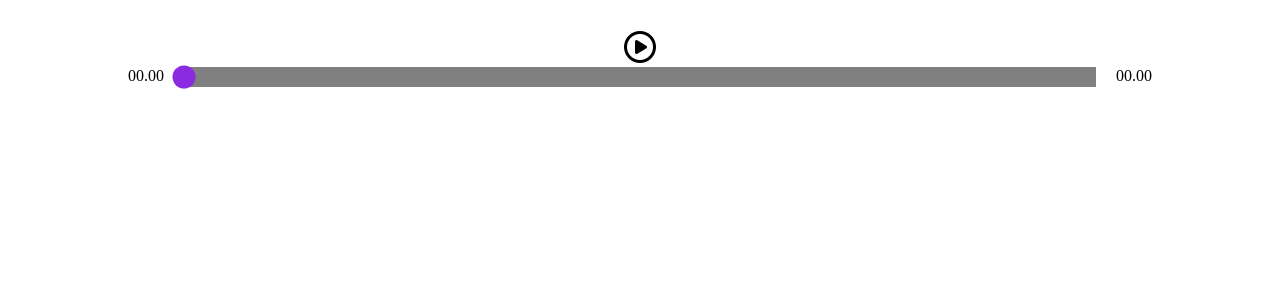
Repository: Dongnguyen318/Quydong
Page: Day 26/index.html
These files come from the project's save history. The page is drawn as it stood at one moment and after the next save; the edit follows.
The browser window is 1280 px wide. The pictures show the whole page.

Above is the page before, as saved 2023-09-19 23:50:00.

After the next save:
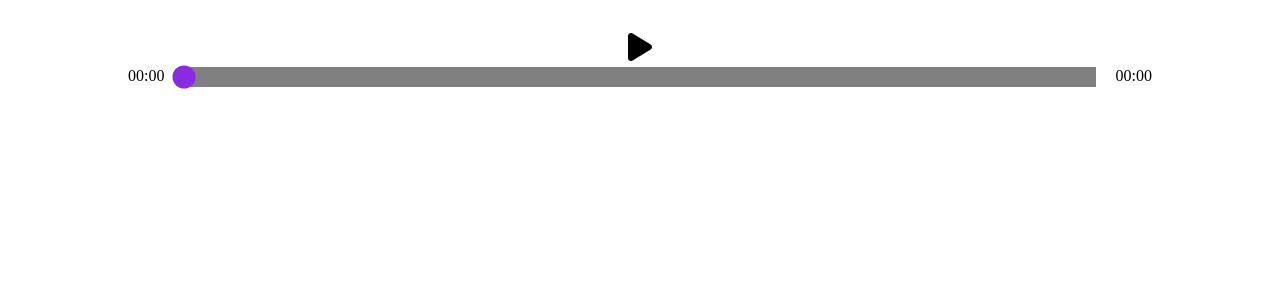
Not found: Day26/base.js
Saved 91 s later.
--- a/Day 26/index.html
+++ b/Day 26/index.html
@@ -3,33 +3,32 @@
   <head>
     <meta charset="UTF-8" />
     <meta name="viewport" content="width=device-width, initial-scale=1.0" />
-    <title>Document</title>
     <link
       rel="stylesheet"
       href="https://cdnjs.cloudflare.com/ajax/libs/font-awesome/6.4.2/css/all.min.css"
     />
     <link rel="stylesheet" href="./css.css" />
+    <title>Day26</title>
   </head>
-
   <body>
     <div class="container">
       <div class="player">
         <div class="play-btn">
-          <i class="fa-regular fa-circle-play"></i>
+          <i class="fa-solid fa-play"></i>
         </div>
         <div class="play-inner">
-          <span>00.00</span>
+          <span>00:00</span>
           <div class="progress-bar">
             <div class="progress">
               <span></span>
             </div>
-            <span class="time-playing">00.00</span>
+            <span class="time-playing">00:00</span>
           </div>
-          <span>00.00</span>
+          <span>00:00</span>
         </div>
       </div>
     </div>
     <audio src="./Conqueror.mp3" class="audio"></audio>
-    <script src="./js.js"></script>
+    <script src="../Day26/base.js"></script>
   </body>
 </html>

After the 2 saves that followed:
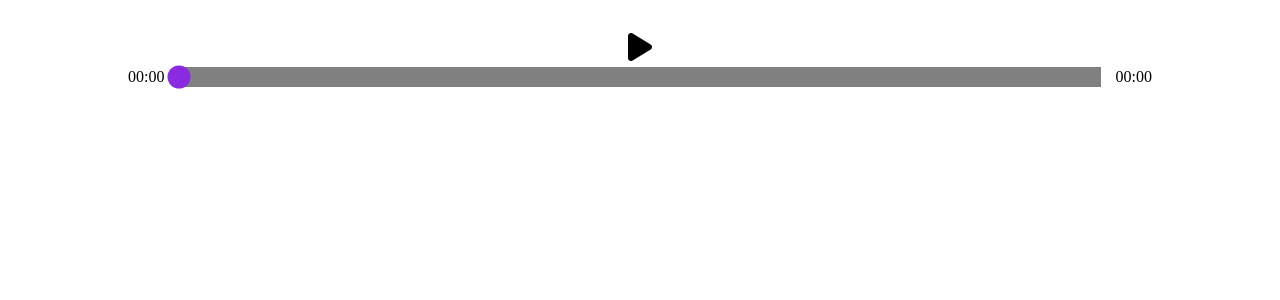
The 2 saves are shown as one change because 1 left the picture as it was.
The last was saved 20 s later.
--- a/Day 26/index.html
+++ b/Day 26/index.html
@@ -29,6 +29,6 @@
       </div>
     </div>
     <audio src="./Conqueror.mp3" class="audio"></audio>
-    <script src="../Day26/base.js"></script>
+    <script src="./js.js"></script>
   </body>
 </html>
--- a/Day 26/css.css
+++ b/Day 26/css.css
@@ -15,11 +15,12 @@
   background: gray;
   position: relative;
   cursor: pointer;
-  width: 100%;
+  width: 90%;
+  gap: 20px;
 }
 
 .progress-bar .progress {
-  background: red;
+  background-color: red;
   position: absolute;
   top: 0;
   left: 0;
@@ -29,13 +30,26 @@
 .progress-bar .progress span {
   position: absolute;
   right: 0;
-  top: 50%;
   display: block;
   width: 23px;
+  top: 50%;
   height: 23px;
-  background: blueviolet;
+  background-color: blueviolet;
   border-radius: 50%;
   translate: 50% -50%;
+  cursor: pointer;
+}
+
+.progress-bar .time-playing {
+  display: block;
+  width: 50px;
+  height: 30px;
+  line-height: 30px;
+  text-align: center;
+  background-color: antiquewhite;
+  position: relative;
+  top: -30px;
+  opacity: 0;
 }
 
 .player {
@@ -50,16 +64,5 @@
 .player .play-inner {
   display: flex;
   justify-content: space-between;
-  gap: 20px;
+  align-items: center;
 }
-.progress-bar .time-playing {
-  display: block;
-  width: 50px;
-  height: 30px;
-  line-height: 30px;
-  text-align: center;
-  background-color: antiquewhite;
-  position: relative;
-  top: -30px;
-  opacity: 0;
-}
